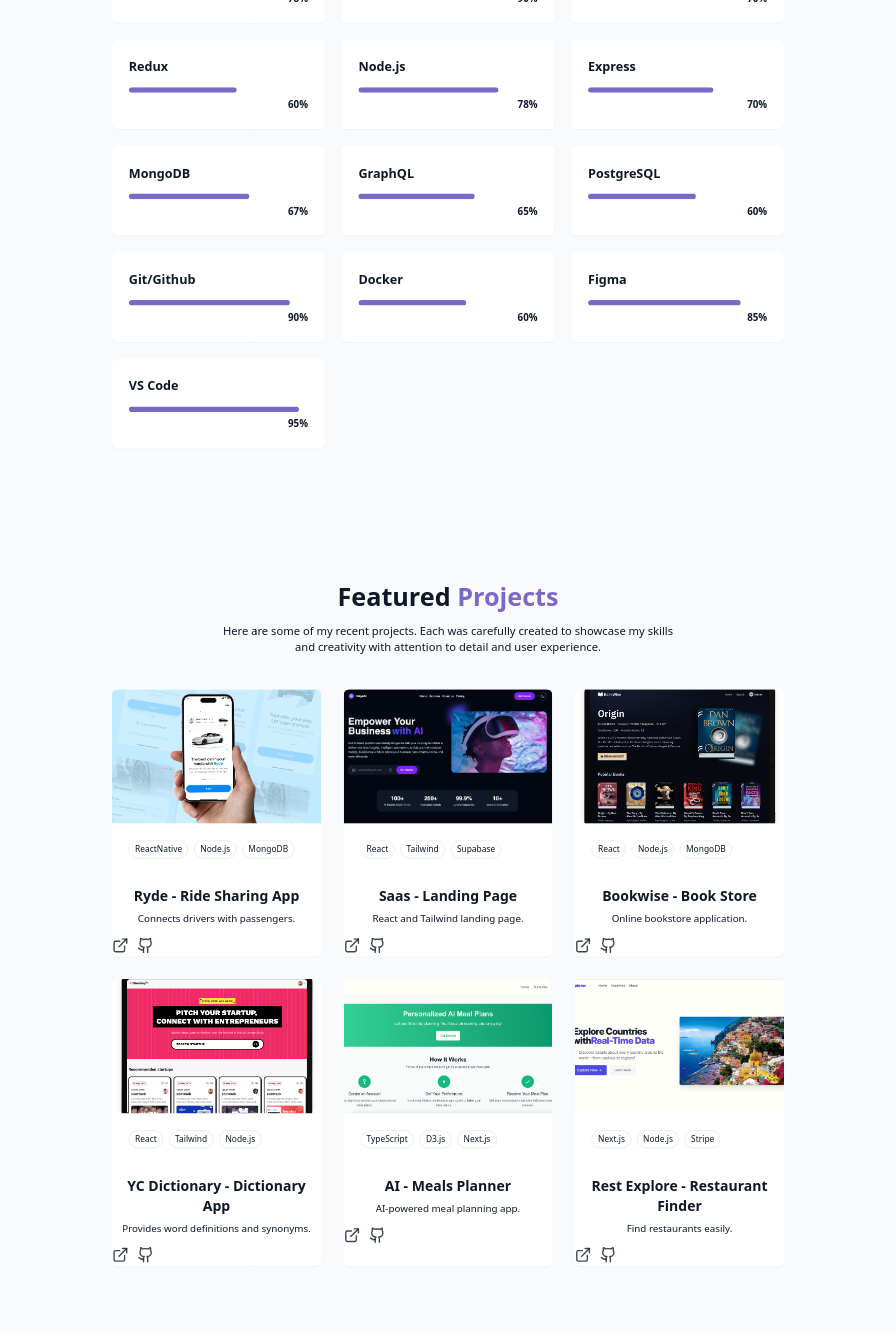
Repository: mOzariffard/Portfolio
Page: /
An editor plug-in stored every save of this project. The page is shown before and after the next save, followed by the edit.
The browser window is 1280 px wide. The pictures show the part of the page from y = 2072 to 3992 px (the page is 3976 px tall before and 3992 px after), at 70% of full size.
The project was rebuilt for these pictures with package versions that can differ from the ones it lists, and the page was loaded fresh each time. Also part of the build but not shown: vite.config.js, src/pages/NotFound.jsx.

Above is the page before, as saved 2025-06-29 21:23:44.

After the next save:
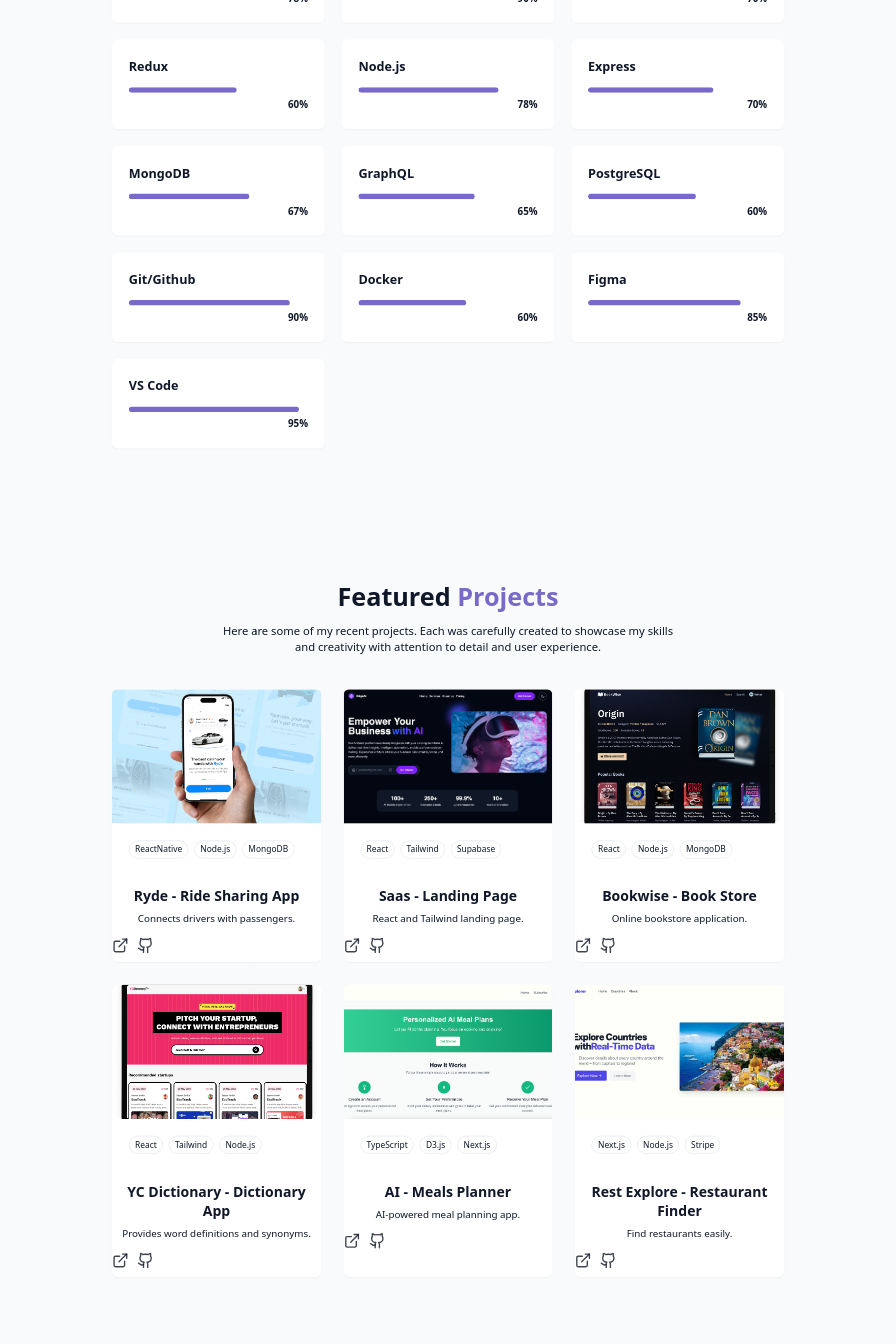
Saved 6 s later.
--- a/src/components/ProjectSection.jsx
+++ b/src/components/ProjectSection.jsx
@@ -138,7 +138,7 @@ const ProjectSection = () => {
                                 {project.description}
                             </p>
 
-                            <div className='flex justify-between items-center mb-1 '>
+                            <div className='flex justify-between items-center mb-3 '>
                                 <div className='flex space-x-3'>
                                     <a href={project.demoUrl} className='text-foreground/80 hover:text-primary transition-colors duration-300' >
                                         <ExternalLink />
